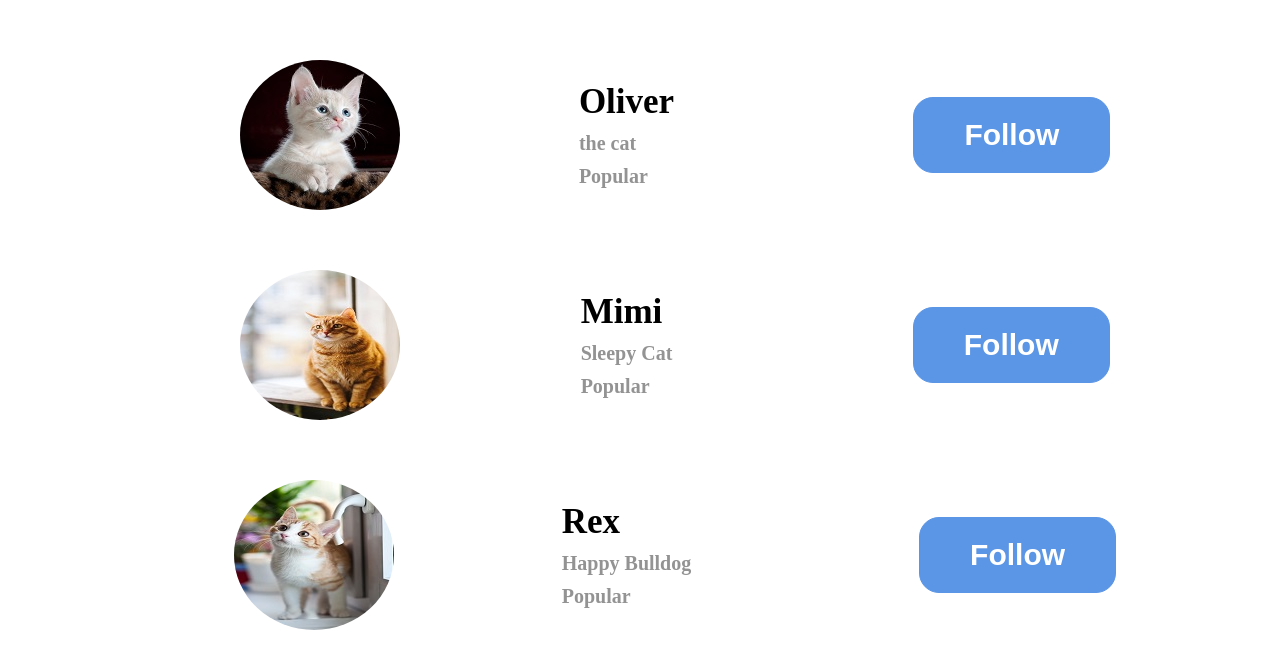
Repository: arifshahriyarnader/css-flexbox
Page: Exercise 4/index.html
The author's editor kept a copy of each file at every save. The page is drawn from the files as they stood at one save, then again after the next save.
The browser window is 1280 px wide. The pictures show the whole page.

Above is the page before, as saved 2024-06-21 11:53:55.

After the next save:
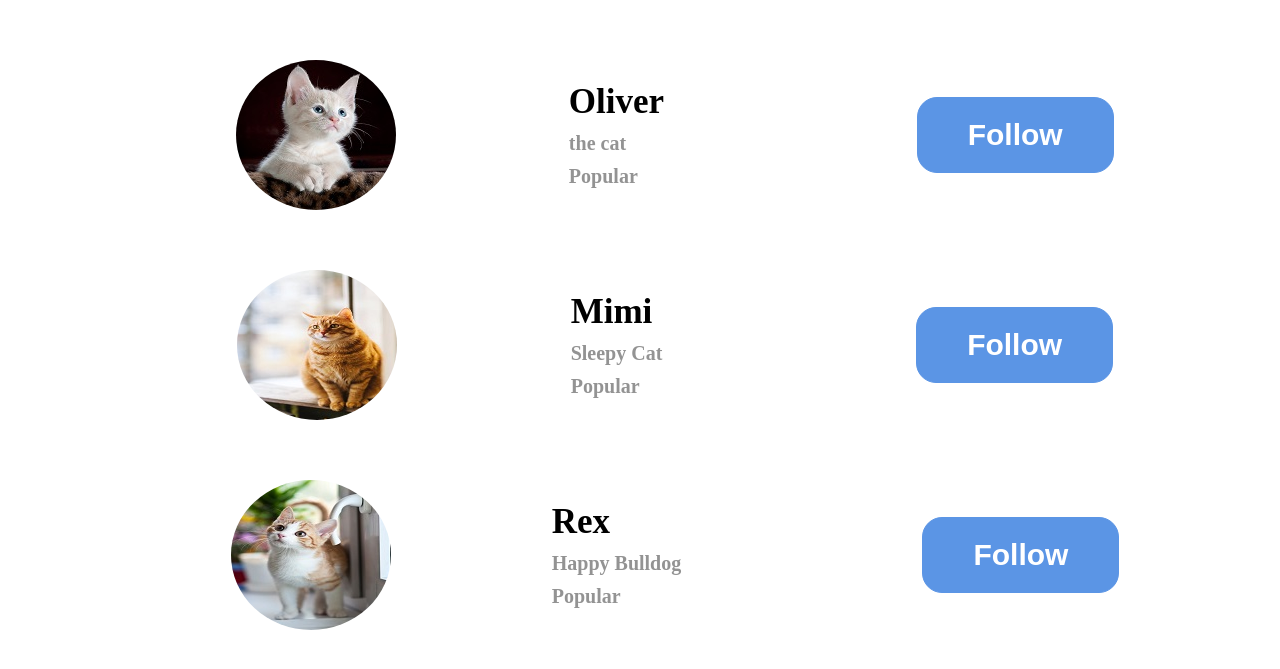
Saved 5 s later.
--- a/Exercise 4/css/style.css
+++ b/Exercise 4/css/style.css
@@ -14,7 +14,7 @@
     margin-left: 70px;
 }
 .follow_content{
-    margin-right: 60px;
+    margin-right: 80px;
 }
 .follow_content h3{
     font-size: 35px;
